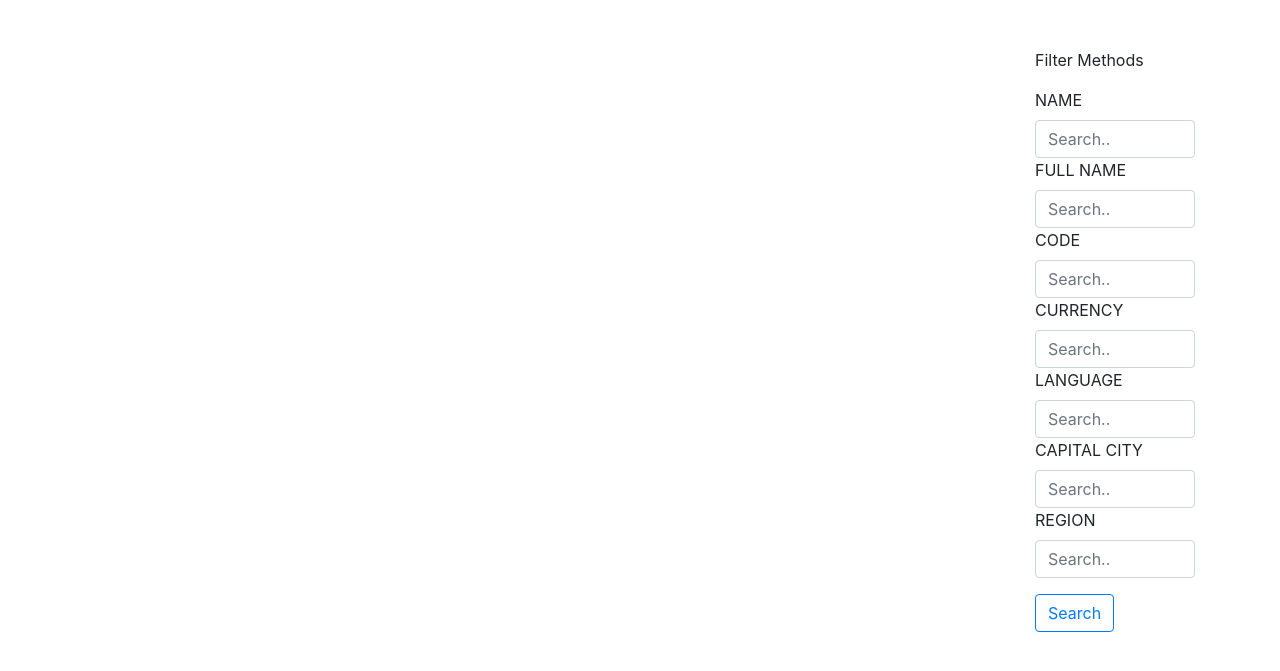
Repository: mdtahsinamin/react-intensip-task
Page: /
The author's editor kept a copy of each file at every save. The page is drawn from the files as they stood at one save, then again after the next save.
The browser window is 1280 px wide. The pictures show the whole page.
The page's requests for data from a server got no answer. The project was rebuilt for these pictures with package versions that can differ from the ones it lists, and the page was loaded fresh each time. No one was signed in, and anything a server would have sent is missing. Also part of the build but not shown: src/components/Home/Countries.js.

Above is the page before, as saved 2021-01-22 21:09:00.

After the next save:
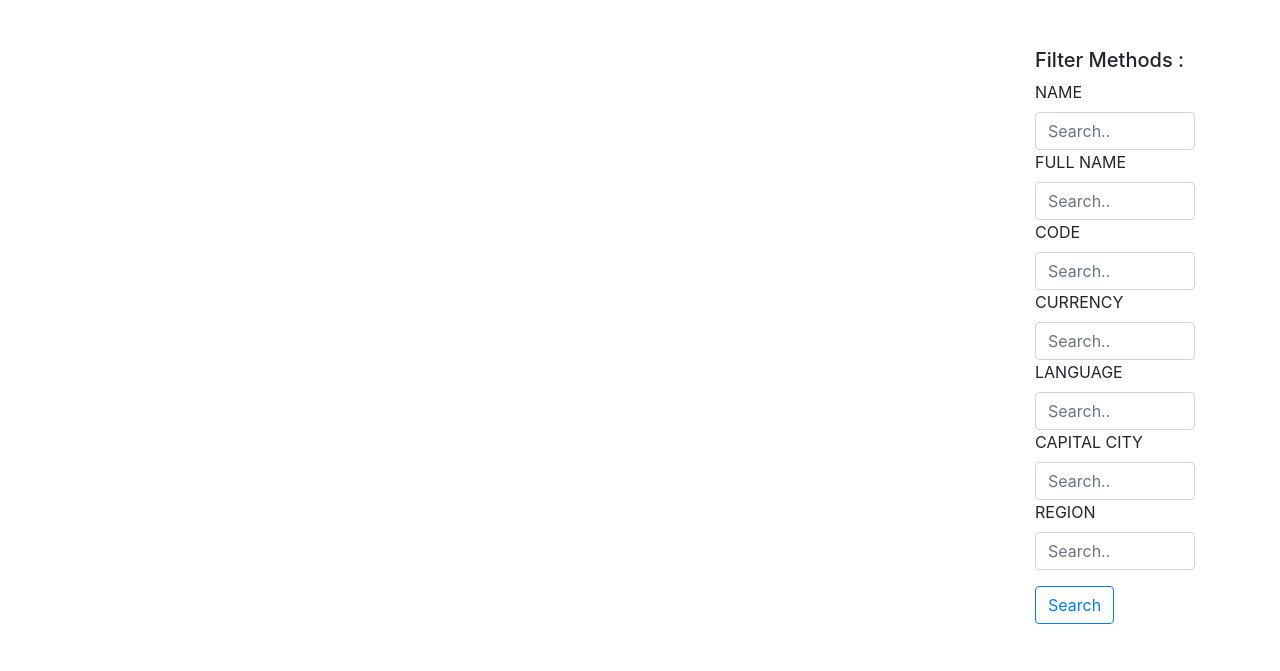
Saved 10 s later.
--- a/src/components/Home/Home.js
+++ b/src/components/Home/Home.js
@@ -36,7 +36,7 @@ const Home = () => {
                </Col>
                <Col md={2}>
                <div>
-                 <p>Filter Methods</p>
+                 <h5>Filter Methods :</h5>
                 <label>NAME</label>
                 <input
                     type="text"
